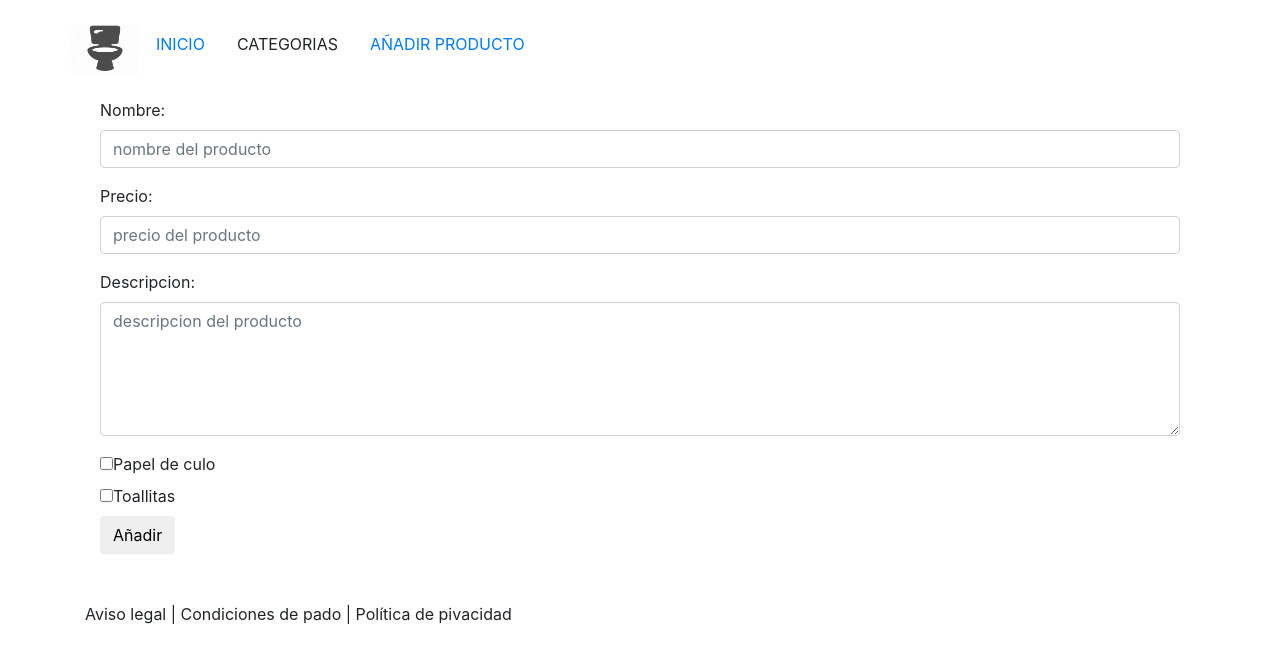
Repository: luninez/AD2018
Page: http://localhost/add
An editor plug-in stored every save of this project. The page is shown before and after the next save, followed by the edit.
The browser window is 1280 px wide. The pictures show the whole page.
The page is this project's Thymeleaf template; nobody is signed in. The template is opened directly, without the code that normally fills it, so the values that code supplies are empty.

Above is the page before, as saved 2018-10-18 21:31:47.

After the next save:
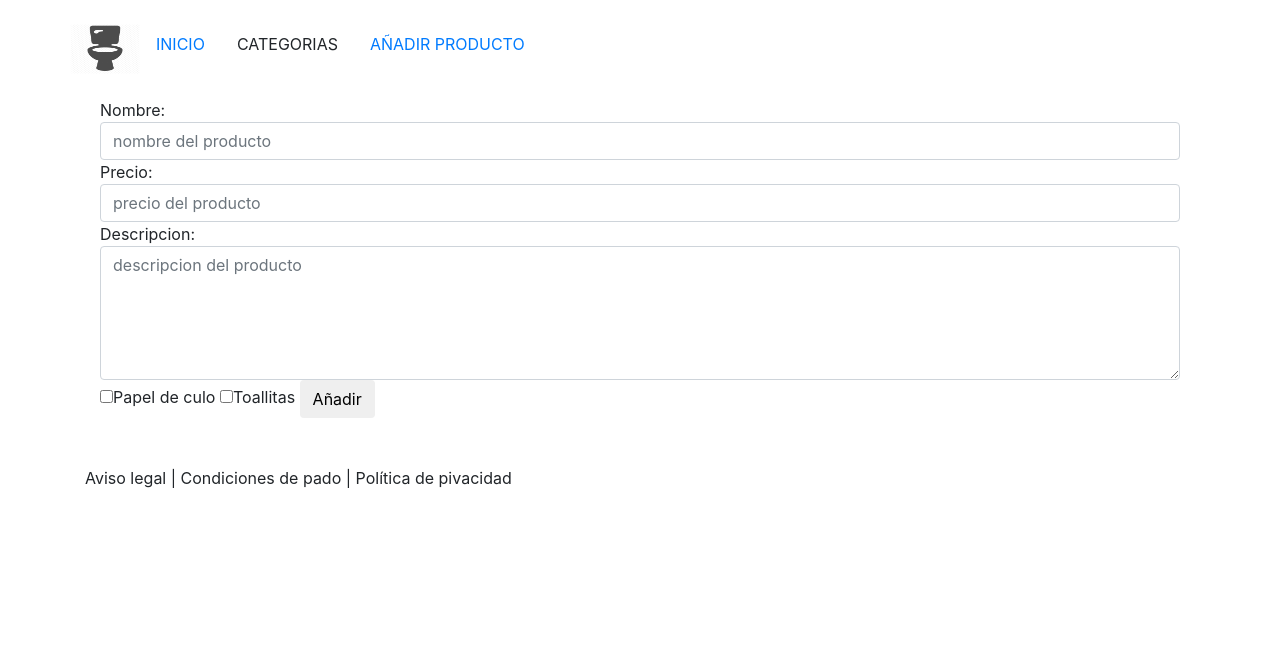
Saved 15 min 42 s later.
--- a/Proyecto/Proyecto Productos - copia/CatalogoProductos/src/main/resources/templates/add.html
+++ b/Proyecto/Proyecto Productos - copia/CatalogoProductos/src/main/resources/templates/add.html
@@ -53,24 +53,23 @@
         <div class="container">
             <br>
             <form action="#" method="post" th:action="@{/producto}" th:object="${producto}">
-                <div class="form-group">
-                    <label for="productName">Nombre:</label>
+
+                    <a>Nombre:</a>
                     <input class="form-control" th:field="*{nombre}" type="text"  placeholder="nombre del producto">
-                </div>
-                <div class="form-group">
-                    <label for="productPrice">Precio:</label>
+
+
+                    <a>Precio:</a>
                     <input class="form-control" th:field="*{precio}" type="text" placeholder="precio del producto">
-                </div>
-                <div class="form-group">
-                    <label for="productDescription">Descripcion:</label>
+
+
+                    <a>Descripcion:</a>
                     <textarea class="form-control" th:field="*{descripcion}" rows="5" placeholder="descripcion del producto"></textarea>
-                </div>
-                <div class="checkbox">
-                    <label><input type="checkbox" value="">Papel de culo</label>
-                </div>
-                <div class="checkbox">
-                    <label><input type="checkbox" value="">Toallitas</label>
-                </div>
+
+
+                    <a><input type="checkbox" value="">Papel de culo</a>
+
+                    <a><input type="checkbox" value="">Toallitas</a>
+
                 <button type="submit" class="btn btn-default">Añadir</button>
             </form>
         </div>
